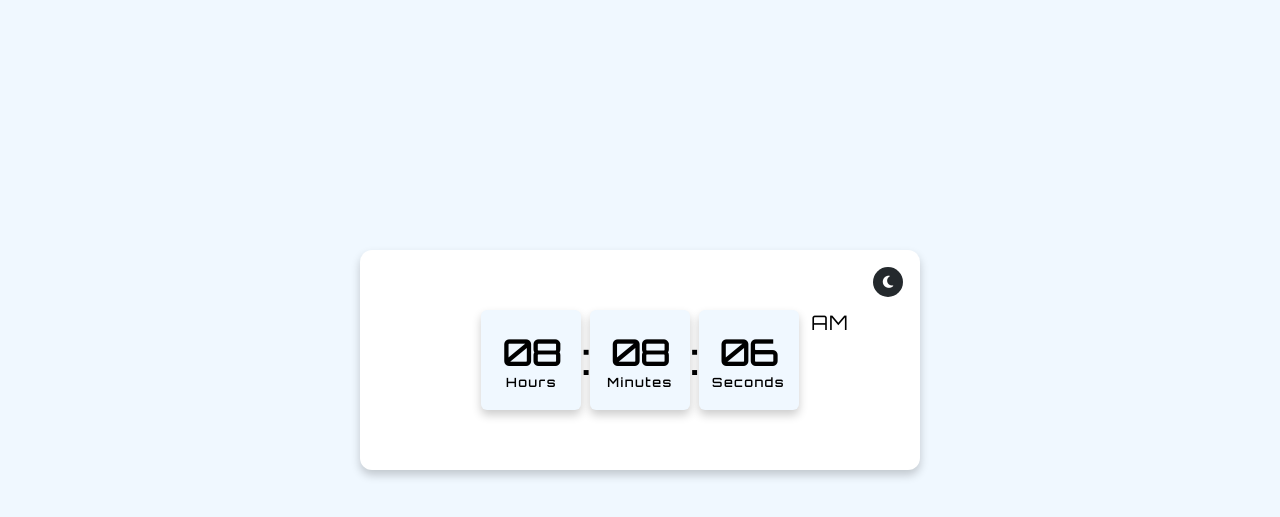
Repository: HueVu99/ComPonents
Page: Dynamic Digital Clock/index.html
An editor plug-in stored every save of this project. The page is shown before and after the next save, followed by the edit.
The browser window is 1280 px wide. The pictures show the whole page.
Some web libraries are served in a nearby version.

Above is the page before, as saved 2022-07-08 19:52:54.

After the next save:
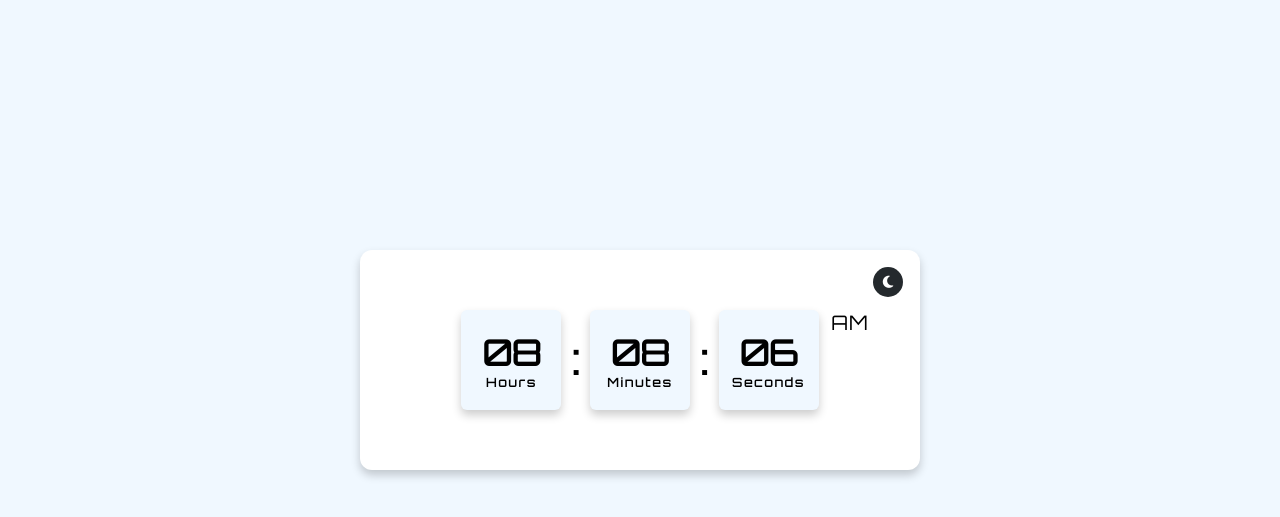
Saved 4 s later.
--- a/Dynamic Digital Clock/style.css
+++ b/Dynamic Digital Clock/style.css
@@ -102,7 +102,7 @@ color:#fff
 }
 .time .time-colon .colon{
     font-size: 40px;
-    margin: ;
+    margin: 0 10px;
 }
 .time .time-colon .time-text .text{
     font-size: 12px;
